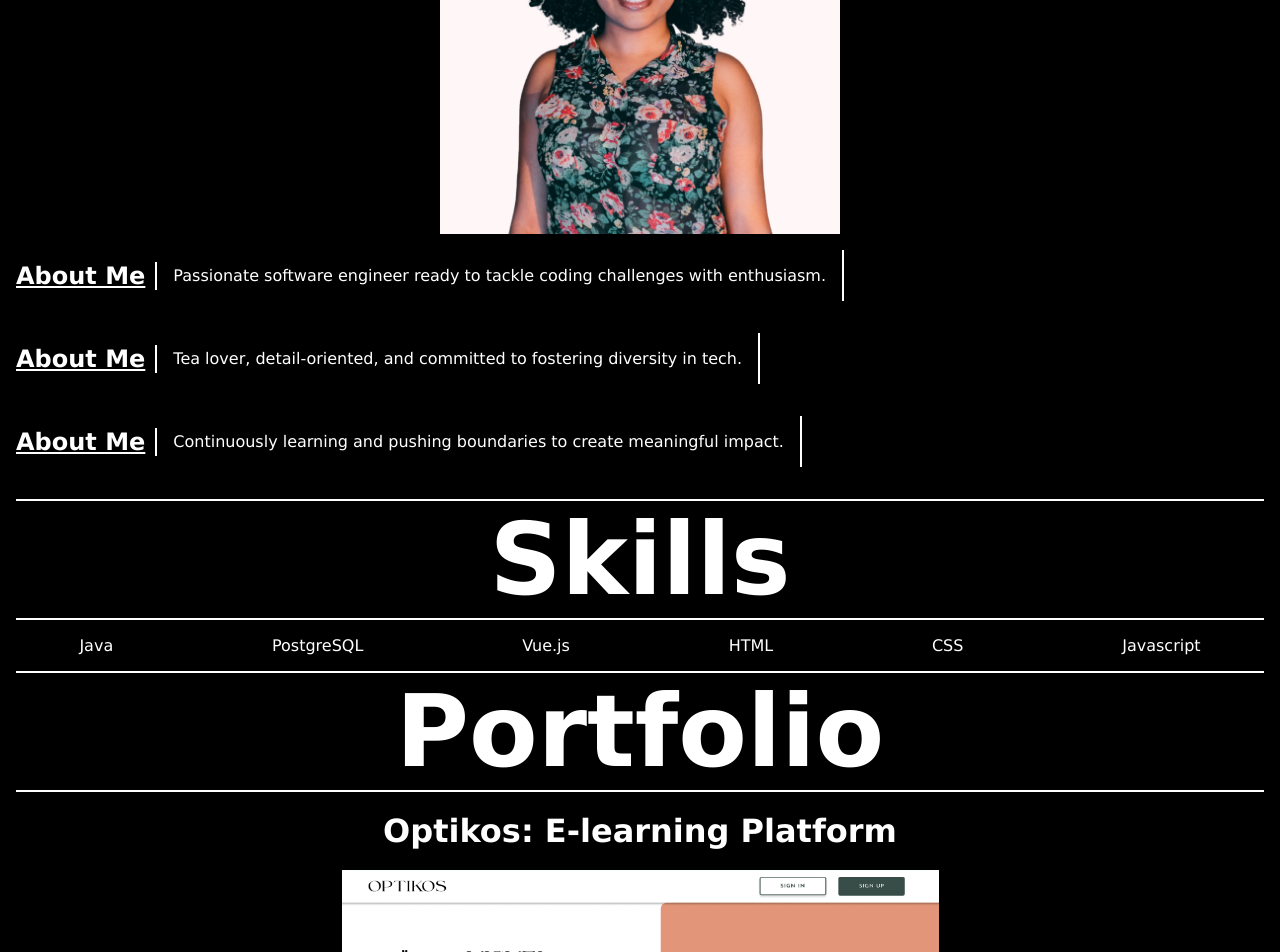
Repository: woodsdeshe/portfolio
Page: index.html
The author's editor kept a copy of each file at every save. The page is drawn from the files as they stood at one save, then again after the next save.
The browser window is 1280 px wide. The pictures show the part of the page from y = 976 to 1928 px (the page is 2468 px tall before and 2548 px after).
A picture or video elsewhere on the page could not be fetched, so the positions and the page height are approximate. Some web fonts or font styles are not loaded; a fallback is used.

Above is the page before, as saved 2023-06-11 13:07:37.

### index.html
<!DOCTYPE html>
<html lang="en">
<head>
    <meta charset="UTF-8">
    <meta http-equiv="X-UA-Compatible" content="IE=edge">
    <meta name="viewport" content="width=device-width, initial-scale=1.0">
    <title>DeShe Woods | Software Engineer</title>
    <link rel="stylesheet" href="style.css">
    <link rel="stylesheet" href="https://cdnjs.cloudflare.com/ajax/libs/aos/2.3.4/aos.css" />
</head>
<body>
    <div class="container">
        <video autoplay muted loop>
            <source src="./images/pexels-crazy-motions-11738195-1920x1080-24fps.mp4" type="video/mp4">
        </video>
        <div class="header">
            <h1>DESHE WOODS</h1>
        </div>
    </div>
    <div class="subheader">
        <h3>SOFTWARE ENGINEER | VISUAL ARTIST</h3>
    </div>
    <nav class="navbar">
        <ul>
            <li><a href="#about">About</a></li>
            <li><a href="#skills">Skills</a></li>
            <li><a href="#portfolio">Portfolio</a></li>
            <li><a href="#contact">Contact</a></li>
        </ul>
    </nav>
    <div class="headshot" data-aos="fade-up">
        <img src="./images/Headshot.jpg" alt="Picture of DeShe Woods">
    </div>
    <div class="about-me" data-aos="fade-up">
        <div class="logo"><i class="fas fa-code"></i></div>
        <h2>About Me</h2>
        <p>Passionate software engineer ready to tackle coding challenges with enthusiasm.</p>
    </div>

    <div class="about-me" data-aos="fade-up">
        <div class="logo"><i class="fas fa-mug-hot"></i></div>
        <h2>About Me</h2>
        <p>Tea lover, detail-oriented, and committed to fostering diversity in tech.</p>
    </div>

    <div class="about-me" data-aos="fade-up">
        <div class="logo"><i class="fas fa-rocket"></i></div>
        <h2>About Me</h2>
        <p>Continuously learning and pushing boundaries to create meaningful impact.</p>
    </div>

    <div class="skills-header">
        <h1 id="skills">Skills</h1>
    </div>
    <div class="skills-content" data-aos="fade-up">
        <p class="java">Java</p>
        <p class="postgresql">PostgreSQL</p>
        <p class="Vue-js">Vue.js</p>
        <p class="html">HTML</p>
        <p class="css">CSS</p>
        <p class="javascript">Javascript</p>
    </div>
    <div class="portfolio-header">
        <h1 id="portfolio">Portfolio</h1>
    </div>
    <div class="optikos" data-aos="fade-up">
        <h1>Optikos: E-learning Platform</h1>
        <img src="./images/Screenshot (6).png" alt="Screenshot of Optikos home page">
    </div>
    <div class="contact" id="contact">
        <h2>Contact</h2>
    </div>
   <footer>
    <a href="#">LinkedIn</a> |
    <a href="#">Github</a> |
    <a href="#">Email</a>
   </footer>

   <script src="https://cdnjs.cloudflare.com/ajax/libs/jquery/3.6.0/jquery.min.js"></script>
   <script src="https://cdnjs.cloudflare.com/ajax/libs/aos/2.3.4/aos.js"></script>
   <script>
     AOS.init();
   </script>
</body>
</html>

### style.css
@import url('https://fonts.googleapis.com/css2?family=Climate+Crisis&display=swap');

* {
    margin: 0;
    padding: 0;
    box-sizing: border-box;
}

body:not(.container) {
    background-color: #000;
    font-family: Verdana, Geneva, Tahoma, sans-serif;
    color: white;
}

.container {
    width: 100%;
    height: 100%;
    position: relative;
}

.container video {
    height: 100%;
    width: 100%;
}

.header h1{
    font-family:'Climate Crisis', cursive, Verdana;
    font-size: 200px;
    font-weight: 900;
    text-align: center;
    color: white;
    position: absolute;
    top: 0;
    left:0;
    background: #000;
    height: 100%;
    width: 100%;
    display:flex;
    align-items: center;
    justify-content: center;
    flex-wrap: wrap;
    mix-blend-mode: multiply;
}

.subheader {
    border-top: 2px solid white;
    border-bottom: 2px solid white;
    padding: 1rem;
    text-align: center;
    font-size: 40px;
}

.navbar {
    background-color: #000;
    padding: 1rem;
    text-align: center;
}

.navbar ul {
    list-style-type: none;
}

.navbar li {
    display: inline-block;
    margin-right: 1rem;
}

.navbar a {
    text-decoration: none;
    color: white;
    font-size: 20px;
    font-weight: bold;
    padding: 0.5rem 1rem;
}

.navbar a:hover {
    background-color: #b46bff;
    border-radius: 5px;
}


.headshot img {
    height:400px;
    width: 400px;
    align-content: center;
    display:block;
    margin-left: auto;
    margin-right: auto;
    margin-top: 20px;
}

.about-me {
    padding: 1rem;
    text-align: center;
    display: flex;
    align-items: center;
}

.about-me h2 {
    text-decoration: underline;
    border-right: 2px solid white;
    padding-right: 10px;
}

.about-me p {
    border-right: 2px solid white;
    padding: 1rem;
}

.portfolio-header, .skills-header, .contact h2 {
    font-size: 50px;
    text-align: center;
    border-top: 2px solid white;
    border-bottom: 2px solid white;
    margin: 1rem
}

.skills-content {
    display: flex;
    flex-direction: row;
    justify-content: space-around;
}

.portfolio {
    display: flex;
    flex-direction: column;
}

.optikos img {
   width: 597px;
   height: 500px;
   display: block;
   margin-left: auto;
    margin-right: auto;
    margin-bottom: 20px;
}


.optikos h1 {
    text-align: center;
    margin: 20px;
}

.optikos p {
    grid-area: "optikos-content";
}

.contact h2{
    font-size: 50px
}

footer {
    display: flex;
    justify-content: center;
    font-size: 20px;
}

footer a {

        box-shadow: inset 0 0 0 0 #54b3d6;
        color: white;
        margin: 0 -.25rem;
        padding: 0 .25rem;
        transition: color .3s ease-in-out, box-shadow .3s ease-in-out;
}
    footer a:hover {
        box-shadow: inset 100px 0 0 0 #54b3d6;
        color: white;
      }

After the next save:
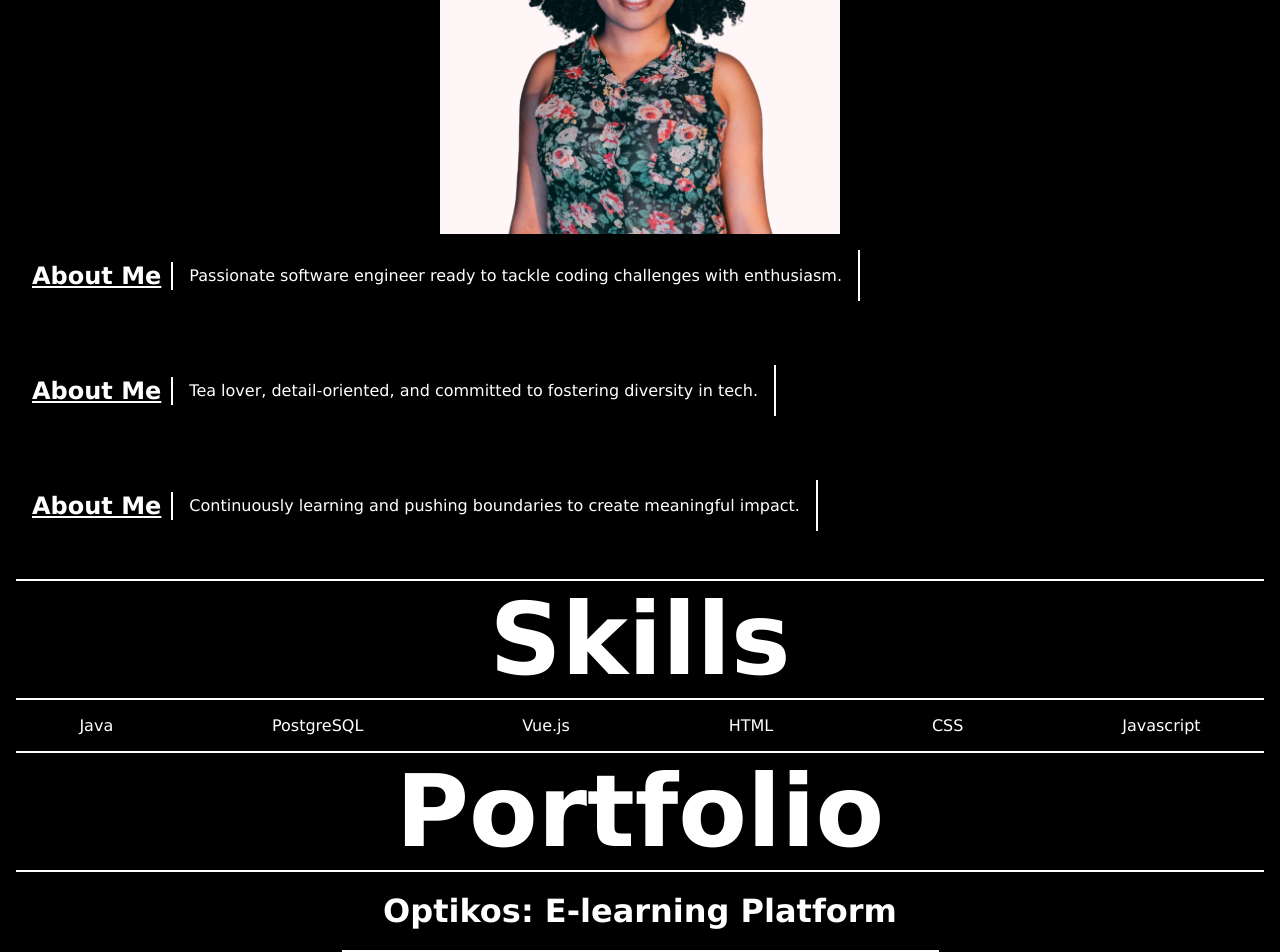
Saved 65 s later.
--- a/style.css
+++ b/style.css
@@ -106,6 +106,32 @@ body:not(.container) {
     border-right: 2px solid white;
     padding: 1rem;
 }
+.about-me {
+    display: flex;
+    align-items: center;
+    margin-bottom: 2rem;
+}
+
+.logo {
+    margin-right: 1rem;
+}
+
+.about-content {
+    display: flex;
+    flex-direction: column;
+}
+
+.about-content h2 {
+    text-decoration: underline;
+    border-right: 2px solid white;
+    padding-right: 10px;
+}
+
+.about-content p {
+    border-right: 2px solid white;
+    padding: 1rem;
+}
+
 
 .portfolio-header, .skills-header, .contact h2 {
     font-size: 50px;
